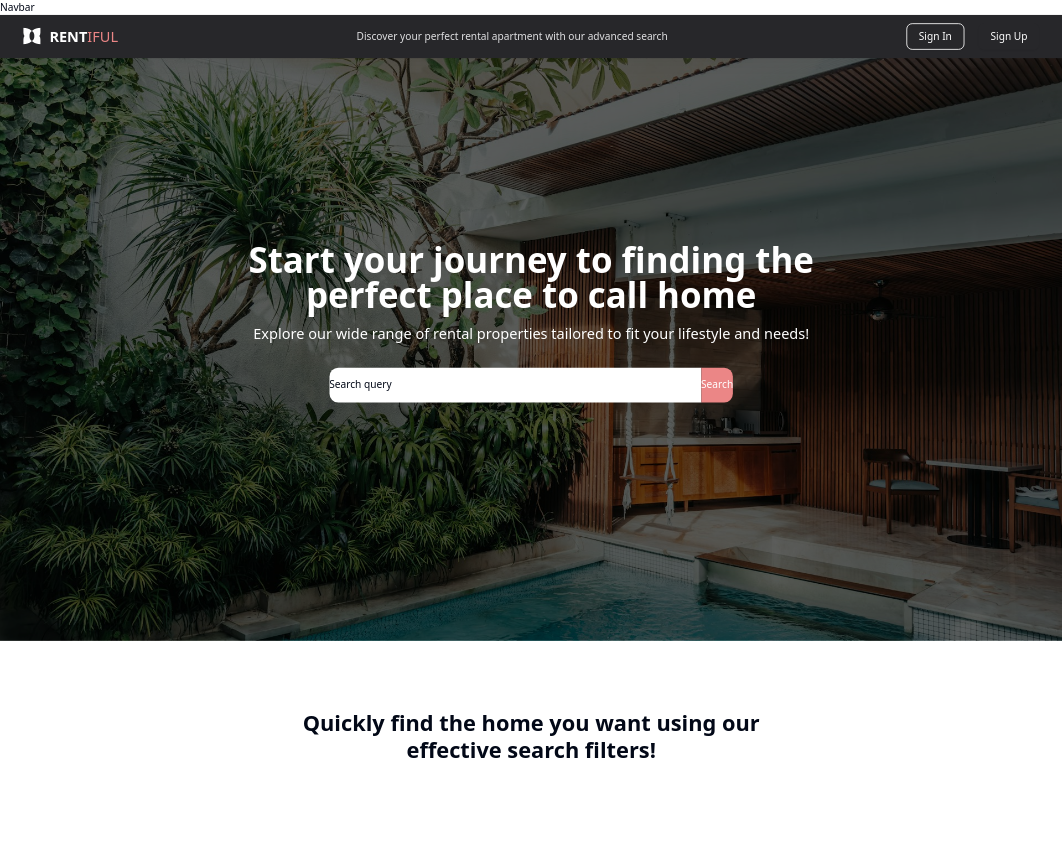
Repository: richiectr360/real-estate-prod
Page: /landing (app in client/)
An editor plug-in stored every save of this project. The page is shown before and after the next save, followed by the edit.
The browser window is 1280 px wide. The pictures show the whole page, at 83% of full size.
The page's requests for data from a server got no answer. The project was rebuilt for these pictures with package versions that can differ from the ones it lists, and the page was loaded fresh each time. The framework's server and built-in components were replaced by stand-ins that run in the browser. No one was signed in, and anything a server would have sent is missing. Also part of the build but not shown: client/next.config.ts.

Above is the page before, as saved 2025-05-21 21:52:53.

### client/src/app/layout.tsx
import type { Metadata } from "next";
import { Geist, Geist_Mono } from "next/font/google";
import "./globals.css";
import Providers from "./providers";
import { Toaster } from "@/components/ui/sonner";

const geistSans = Geist({
  variable: "--font-geist-sans",
  subsets: ["latin"],
});

const geistMono = Geist_Mono({
  variable: "--font-geist-mono",
  subsets: ["latin"],
});

export const metadata: Metadata = {
  title: "Create Next App",
  description: "Generated by create next app",
};

export default function RootLayout({
  children,
}: Readonly<{
  children: React.ReactNode;
}>) {
  return (
    <html lang="en">
      <body
        className={`${geistSans.variable} ${geistMono.variable} antialiased`}
      >
        <Providers>{children}</Providers>
      </body>
    </html>
  );
}

### client/src/app/(nondashboard)/layout.tsx
// "use client";

// import Navbar from "@/components/Navbar";
// import { NAVBAR_HEIGHT } from "@/lib/constants";
// import { useGetAuthUserQuery } from "@/state/api";
// import { usePathname, useRouter } from "next/navigation";
// import React, { useEffect, useState } from "react";

// const Layout = ({ children }: { children: React.ReactNode }) => {
//   const { data: authUser, isLoading: authLoading } = useGetAuthUserQuery();
//   const router = useRouter();
//   const pathname = usePathname();
//   const [isLoading, setIsLoading] = useState(true);

//   useEffect(() => {
//     if (authUser) {
//       const userRole = authUser.userRole?.toLowerCase();
//       if (
//         (userRole === "manager" && pathname.startsWith("/search")) ||
//         (userRole === "manager" && pathname === "/")
//       ) {
//         router.push("/managers/properties", { scroll: false });
//       } else {
//         setIsLoading(false);
//       }
//     }
//   }, [authUser, router, pathname]);

//   if (authLoading || isLoading) return <>Loading...</>;

//   return (
//     <div className="h-full w-full">
//       <Navbar />
//       <main
//         className={`h-full flex w-full flex-col`}
//         style={{ paddingTop: `${NAVBAR_HEIGHT}px` }}
//       >
//         {children}
//       </main>
//     </div>
//   );
// };

// export default Layout;

////////////
"use client";

import Navbar from "@/components/Navbar";
import { NAVBAR_HEIGHT } from "@/lib/constants";
import React from 'react';

const Layout = ({ children }: { children: React.ReactNode }) => {
    return (
    <div className="h-full w-full">
        <Navbar />
        <main className={`h-full flex w-full flex-col`}
            style={{ paddingTop: `${NAVBAR_HEIGHT}px`}}
        >
            {children}
        </main>
    </div>
    );
}

export default Layout;

### client/src/app/(nondashboard)/landing/page.tsx
// import React from "react";
// import HeroSection from "./HeroSection";
// import FeaturesSection from "./FeaturesSection";
// import DiscoverSection from "./DiscoverSection";
// import CallToActionSection from "./CallToActionSection";
// import FooterSection from "./FooterSection";

// const Landing = () => {
//   return (
//     <div>
//       <HeroSection />
//       <FeaturesSection />
//       <DiscoverSection />
//       <CallToActionSection />
//       <FooterSection />
//     </div>
//   );
// };

// export default Landing;


import React from "react";
import HeroSection from "./HeroSection";
import FeaturesSection from "./FeaturesSection";

const Landing = () => {
  return (
    <div>
      <HeroSection />
      <FeaturesSection />
    </div>
  );
};

export default Landing;

### client/src/app/providers.tsx
// "use client";

// import StoreProvider from "@/state/redux";
// import { Authenticator } from "@aws-amplify/ui-react";
// import Auth from "./(auth)/authProvider";

// const Providers = ({ children }: { children: React.ReactNode }) => {
//   return (
//     <StoreProvider>
//       <Authenticator.Provider>
//         <Auth>{children}</Auth>
//       </Authenticator.Provider>
//     </StoreProvider>
//   );
// };

// export default Providers;

"use client";

import StoreProvider from "@/state/redux";

const Providers = ({ children }: { children: React.ReactNode }) =>  {
    return (
        <StoreProvider>
            {children}
        </StoreProvider>
    )
}


export default Providers;

### client/src/app/(nondashboard)/landing/HeroSection.tsx
// "use client";

// import Image from "next/image";
// import React, { useState } from "react";
// import { motion } from "framer-motion";
// import { Input } from "@/components/ui/input";
// import { Button } from "@/components/ui/button";
// import { useDispatch } from "react-redux";
// import { useRouter } from "next/navigation";
// import { setFilters } from "@/state";

// const HeroSection = () => {
//   const dispatch = useDispatch();
//   const [searchQuery, setSearchQuery] = useState("");
//   const router = useRouter();

//   const handleLocationSearch = async () => {
//     try {
//       const trimmedQuery = searchQuery.trim();
//       if (!trimmedQuery) return;

//       const response = await fetch(
//         `https://api.mapbox.com/geocoding/v5/mapbox.places/${encodeURIComponent(
//           trimmedQuery
//         )}.json?access_token=${
//           process.env.NEXT_PUBLIC_MAPBOX_ACCESS_TOKEN
//         }&fuzzyMatch=true`
//       );
//       const data = await response.json();
//       if (data.features && data.features.length > 0) {
//         const [lng, lat] = data.features[0].center;
//         dispatch(
//           setFilters({
//             location: trimmedQuery,
//             coordinates: [lat, lng],
//           })
//         );
//         const params = new URLSearchParams({
//           location: trimmedQuery,
//           lat: lat.toString(),
//           lng: lng,
//         });
//         router.push(`/search?${params.toString()}`);
//       }
//     } catch (error) {
//       console.error("error search location:", error);
//     }
//   };

//   return (
//     <div className="relative h-screen">
//       <Image
//         src="/landing-splash.jpg"
//         alt="Rentiful Rental Platform Hero Section"
//         fill
//         className="object-cover object-center"
//         priority
//       />
//       <div className="absolute inset-0 bg-black bg-opacity-60"></div>
//       <motion.div
//         initial={{ opacity: 0, y: 20 }}
//         animate={{ opacity: 1, y: 0 }}
//         transition={{ duration: 0.8 }}
//         className="absolute top-1/3 transform -translate-x-1/2 -translate-y-1/2 text-center w-full"
//       >
//         <div className="max-w-4xl mx-auto px-16 sm:px-12">
//           <h1 className="text-5xl font-bold text-white mb-4">
//             Start your journey to finding the perfect place to call home
//           </h1>
//           <p className="text-xl text-white mb-8">
//             Explore our wide range of rental properties tailored to fit your
//             lifestyle and needs!
//           </p>

//           <div className="flex justify-center">
//             <Input
//               type="text"
//               value={searchQuery}
//               onChange={(e) => setSearchQuery(e.target.value)}
//               placeholder="Search by city, neighborhood or address"
//               className="w-full max-w-lg rounded-none rounded-l-xl border-none bg-white h-12"
//             />
//             <Button
//               onClick={handleLocationSearch}
//               className="bg-secondary-500 text-white rounded-none rounded-r-xl border-none hover:bg-secondary-600 h-12"
//             >
//               Search
//             </Button>
//           </div>
//         </div>
//       </motion.div>
//     </div>
//   );
// };

// export default HeroSection;

import Image from 'next/image'
import React from 'react'
import { motion } from 'framer-motion'

const HeroSection = () => {
  return (
    <div className='relative h-screen'>
        <Image
        src='/landing-splash.jpg'
        alt='Rentiful Rental Platform Hero Section'
        fill
        className='object-cover object-center'
        priority
        />
        <div className='absolute inset-0 bg-black bg-opacity-60'>
            <motion.div
            initial={{ opacity: 0, y: 20 }}
            animate={{ opacity: 1, y: 0 }}
            transition={{ duration: 0.8 }}
            className='absolute top-1/3 transform -translate-x-1/2 -translate-y-1/2 text-center w-full'
            >
                <div className='max-w-4xl mx-auto px-16 sm:px-12'>
                    <h1 className='text-5xl font-bold text-white mb-4'>
                        Start your journey to finding the perfect place to call home
                    </h1>
                    <p className='text-xl text-white mb-8'>
                        Explore our wide range of rental properties tailored to fit your lifestyle and needs!
                    </p>
                    <div className='flex justify-center'>
                        <input
                        type='text'
                        value='Search query'
                        onChange={(e) => console.log(e.target.value)}
                        placeholder='Search by city, neighborhood or address'
                        className='w-full max-w-lg rounded-none rounded-l-xl border-none bg-white h-12'
                        />
                        <button
                            onClick={() => {}}
                            className='bg-secondary-500 text-white rounded-none rounded-r-xl border-none hover:bg-secondary-600 h-12'
                        >
                            Search
                        </button>
                    </div>
                </div>

            </motion.div>
        </div>
    </div>
  )
}

export default HeroSection

### client/src/app/(nondashboard)/landing/FeaturesSection.tsx
// "use client";

// import React from "react";
// import { motion } from "framer-motion";
// import Image from "next/image";
// import Link from "next/link";

// const containerVariants = {
//   hidden: { opacity: 0, y: 50 },
//   visible: {
//     opacity: 1,
//     y: 0,
//     transition: {
//       duration: 0.5,
//       staggerChildren: 0.2,
//     },
//   },
// };

// const itemVariants = {
//   hidden: { opacity: 0, y: 20 },
//   visible: { opacity: 1, y: 0 },
// };

// const FeaturesSection = () => {
//   return (
//     <motion.div
//       initial="hidden"
//       whileInView="visible"
//       viewport={{ once: true }}
//       variants={containerVariants}
//       className="py-24 px-6 sm:px-8 lg:px-12 xl:px-16 bg-white"
//     >
//       <div className="max-w-4xl xl:max-w-6xl mx-auto">
//         <motion.h2
//           variants={itemVariants}
//           className="text-3xl font-bold text-center mb-12 w-full sm:w-2/3 mx-auto"
//         >
//           Quickly find the home you want using our effective search filters!
//         </motion.h2>
//         <div className="grid grid-cols-1 md:grid-cols-3 gap-8 lg:gap-12 xl:gap-16">
//           {[0, 1, 2].map((index) => (
//             <motion.div key={index} variants={itemVariants}>
//               <FeatureCard
//                 imageSrc={`/landing-search${3 - index}.png`}
//                 title={
//                   [
//                     "Trustworthy and Verified Listings",
//                     "Browse Rental Listings with Ease",
//                     "Simplify Your Rental Search with Advanced",
//                   ][index]
//                 }
//                 description={
//                   [
//                     "Discover the best rental options with user reviews and ratings.",
//                     "Get access to user reviews and ratings for a better understanding of rental options.",
//                     "Find trustworthy and verified rental listings to ensure a hassle-free experience.",
//                   ][index]
//                 }
//                 linkText={["Explore", "Search", "Discover"][index]}
//                 linkHref={["/explore", "/search", "/discover"][index]}
//               />
//             </motion.div>
//           ))}
//         </div>
//       </div>
//     </motion.div>
//   );
// };

// const FeatureCard = ({
//   imageSrc,
//   title,
//   description,
//   linkText,
//   linkHref,
// }: {
//   imageSrc: string;
//   title: string;
//   description: string;
//   linkText: string;
//   linkHref: string;
// }) => (
//   <div className="text-center">
//     <div className="p-4 rounded-lg mb-4 flex items-center justify-center h-48">
//       <Image
//         src={imageSrc}
//         width={400}
//         height={400}
//         className="w-full h-full object-contain"
//         alt={title}
//       />
//     </div>
//     <h3 className="text-xl font-semibold mb-2">{title}</h3>
//     <p className="mb-4">{description}</p>
//     <Link
//       href={linkHref}
//       className="inline-block border border-gray-300 rounded px-4 py-2 hover:bg-gray-100"
//       scroll={false}
//     >
//       {linkText}
//     </Link>
//   </div>
// );

// export default FeaturesSection;

"use client";

import { motion } from 'framer-motion';
import Image from 'next/image';
import React from 'react'

const containerVariants = {
    hidden: { opacity: 0, y: 50 },
    visible: {
        opacity: 1,
        y: 0,
        transition: {
            duration: 0.5,
            staggerChildren: 0.2,
        },
    }
}

const itemVariants = {
    hidden: { opacity: 0, y: 20 },
    visible: { opacity: 1, y: 0 }
}


const FeaturesSection = () => {
  return (
    <motion.div
        initial="hidden"
        whileInView="visible"
        viewport={{ once: true }}
        variants={containerVariants}
        className="py-24 px-6 sm:px-8 lg:px-12 xl:px-16 bg-white"
    >
        <div className="max-w-4xl xl:max-w-6xl mx-auto">
            <motion.h2
                variants={itemVariants}
                className="text-3xl font-bold text-center mb-12 w-full sm:w-2/3 mx-auto"
            >
                Quickly find the home you want using our effective search filters!
            </motion.h2>
            <div className='grid grid-cols-1 md:grid-cols-3 gap-8 lg:gap-12 xl:gap-16'>
                {[0, 1, 2].map((index) => (
                    <motion.div key={index} variants={{itemVariants}}>

                    </motion.div>
                ))}
            </div>
        </div>
    </motion.div>
  )
};

const FeatureCard = ({
    imageSrc,
    title,
    description,
    linkText,
    linkHref,
}: {
    imageSrc: string;
    title: string;
    description: string;
    linkText: string;
    linkHref: string;
}) => (
    <div className='text-center'>
        <div className='p-4 rounded-lg mb-4 flex items-center justify-center h-48'>
            <Image
                src={imageSrc}
                width={400}
                height={400}
                className='w-full h-full object-contain'
                alt={title}
            />
        </div>
        <h3 className='text-xl font-semibold mb-2'>{title}</h3>
        <p className='mb-4'>{description}</p>
    </div>
)

export default FeaturesSection;

### client/src/state/redux.tsx
"use client";

import { useRef } from "react";
import { TypedUseSelectorHook, useDispatch, useSelector } from "react-redux";
import { combineReducers, configureStore } from "@reduxjs/toolkit";
import { Provider } from "react-redux";
import { setupListeners } from "@reduxjs/toolkit/query";
import globalReducer from "@/state";
import { api } from "@/state/api";

/* REDUX STORE */
const rootReducer = combineReducers({
  global: globalReducer,
  [api.reducerPath]: api.reducer,
});

export const makeStore = () => {
  return configureStore({
    reducer: rootReducer,
    middleware: (getDefaultMiddleware) =>
      getDefaultMiddleware().concat(api.middleware),
  });
};

/* REDUX TYPES */
export type AppStore = ReturnType<typeof makeStore>;
export type RootState = ReturnType<AppStore["getState"]>;
export type AppDispatch = AppStore["dispatch"];
export const useAppDispatch = () => useDispatch<AppDispatch>();
export const useAppSelector: TypedUseSelectorHook<RootState> = useSelector;

/* PROVIDER */
export default function StoreProvider({
  children,
}: {
  children: React.ReactNode;
}) {
  const storeRef = useRef<AppStore | null>(null);
  if (!storeRef.current) {
    storeRef.current = makeStore();
    setupListeners(storeRef.current.dispatch);
  }
  return <Provider store={storeRef.current}>{children}</Provider>;
}

### client/src/components/ui/button.tsx
import * as React from "react"
import { Slot } from "@radix-ui/react-slot"
import { cva, type VariantProps } from "class-variance-authority"

import { cn } from "@/lib/utils"

const buttonVariants = cva(
  "inline-flex items-center justify-center gap-2 whitespace-nowrap rounded-md text-sm font-medium transition-colors focus-visible:outline-none focus-visible:ring-1 focus-visible:ring-ring disabled:pointer-events-none disabled:opacity-50 [&_svg]:pointer-events-none [&_svg]:size-4 [&_svg]:shrink-0",
  {
    variants: {
      variant: {
        default:
          "bg-primary text-primary-foreground shadow hover:bg-primary/90",
        destructive:
          "bg-destructive text-destructive-foreground shadow-sm hover:bg-destructive/90",
        outline:
          "border border-input bg-background shadow-sm hover:bg-accent hover:text-accent-foreground",
        secondary:
          "bg-secondary text-secondary-foreground shadow-sm hover:bg-secondary/80",
        ghost: "hover:bg-accent hover:text-accent-foreground",
        link: "text-primary underline-offset-4 hover:underline",
      },
      size: {
        default: "h-9 px-4 py-2",
        sm: "h-8 rounded-md px-3 text-xs",
        lg: "h-10 rounded-md px-8",
        icon: "h-9 w-9",
      },
    },
    defaultVariants: {
      variant: "default",
      size: "default",
    },
  }
)

export interface ButtonProps
  extends React.ButtonHTMLAttributes<HTMLButtonElement>,
    VariantProps<typeof buttonVariants> {
  asChild?: boolean
}

const Button = React.forwardRef<HTMLButtonElement, ButtonProps>(
  ({ className, variant, size, asChild = false, ...props }, ref) => {
    const Comp = asChild ? Slot : "button"
    return (
      <Comp
        className={cn(buttonVariants({ variant, size, className }))}
        ref={ref}
        {...props}
      />
    )
  }
)
Button.displayName = "Button"

export { Button, buttonVariants }

Loaded but not shown: client/src/app/globals.css (common file); client/src/lib/constants.ts (common file); client/src/state/index.ts (common file); client/src/lib/utils.ts (common file); client/tailwind.config.ts (common file); client/src/state/api.ts (376 lines, source omitted); client/src/components/Navbar.tsx (247 lines, source omitted)

After the next save:
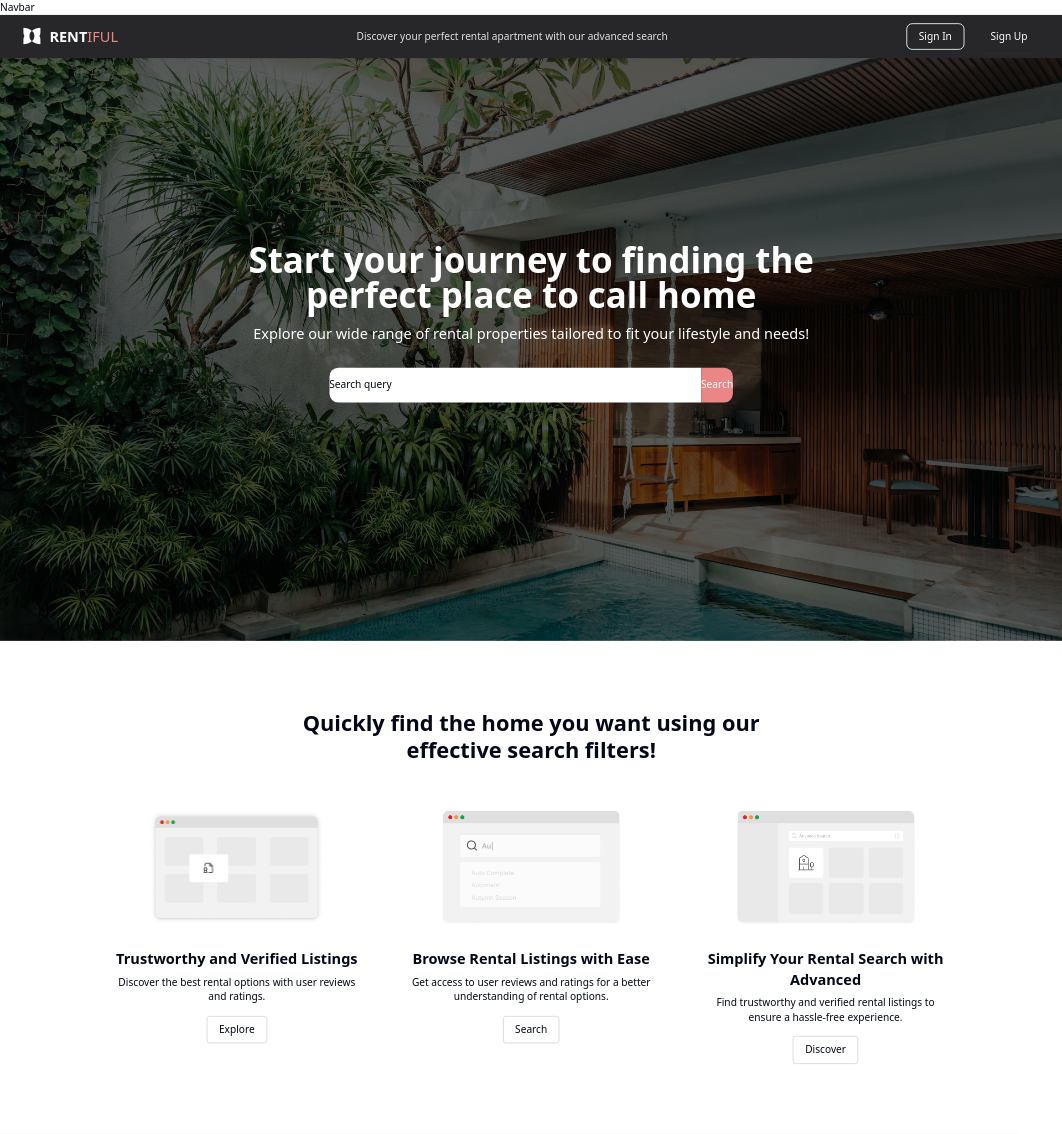
Saved 3 min 35 s later.
--- a/client/src/app/(nondashboard)/landing/FeaturesSection.tsx
+++ b/client/src/app/(nondashboard)/landing/FeaturesSection.tsx
@@ -105,84 +105,112 @@
 
 // export default FeaturesSection;
 
+
+///////////////
+
 "use client";
 
-import { motion } from 'framer-motion';
-import Image from 'next/image';
-import React from 'react'
+import React from "react";
+import { motion } from "framer-motion";
+import Image from "next/image";
+import Link from "next/link";
 
 const containerVariants = {
-    hidden: { opacity: 0, y: 50 },
-    visible: {
-        opacity: 1,
-        y: 0,
-        transition: {
-            duration: 0.5,
-            staggerChildren: 0.2,
-        },
-    }
-}
+  hidden: { opacity: 0, y: 50 },
+  visible: {
+    opacity: 1,
+    y: 0,
+    transition: {
+      duration: 0.5,
+      staggerChildren: 0.2,
+    },
+  },
+};
 
 const itemVariants = {
-    hidden: { opacity: 0, y: 20 },
-    visible: { opacity: 1, y: 0 }
-}
-
+  hidden: { opacity: 0, y: 20 },
+  visible: { opacity: 1, y: 0 },
+};
 
 const FeaturesSection = () => {
   return (
     <motion.div
-        initial="hidden"
-        whileInView="visible"
-        viewport={{ once: true }}
-        variants={containerVariants}
-        className="py-24 px-6 sm:px-8 lg:px-12 xl:px-16 bg-white"
+      initial="hidden"
+      whileInView="visible"
+      viewport={{ once: true }}
+      variants={containerVariants}
+      className="py-24 px-6 sm:px-8 lg:px-12 xl:px-16 bg-white"
     >
-        <div className="max-w-4xl xl:max-w-6xl mx-auto">
-            <motion.h2
-                variants={itemVariants}
-                className="text-3xl font-bold text-center mb-12 w-full sm:w-2/3 mx-auto"
-            >
-                Quickly find the home you want using our effective search filters!
-            </motion.h2>
-            <div className='grid grid-cols-1 md:grid-cols-3 gap-8 lg:gap-12 xl:gap-16'>
-                {[0, 1, 2].map((index) => (
-                    <motion.div key={index} variants={{itemVariants}}>
-
-                    </motion.div>
-                ))}
-            </div>
+      <div className="max-w-4xl xl:max-w-6xl mx-auto">
+        <motion.h2
+          variants={itemVariants}
+          className="text-3xl font-bold text-center mb-12 w-full sm:w-2/3 mx-auto"
+        >
+          Quickly find the home you want using our effective search filters!
+        </motion.h2>
+        <div className="grid grid-cols-1 md:grid-cols-3 gap-8 lg:gap-12 xl:gap-16">
+          {[0, 1, 2].map((index) => (
+            <motion.div key={index} variants={itemVariants}>
+              <FeatureCard
+                imageSrc={`/landing-search${3 - index}.png`}
+                title={
+                  [
+                    "Trustworthy and Verified Listings",
+                    "Browse Rental Listings with Ease",
+                    "Simplify Your Rental Search with Advanced",
+                  ][index]
+                }
+                description={
+                  [
+                    "Discover the best rental options with user reviews and ratings.",
+                    "Get access to user reviews and ratings for a better understanding of rental options.",
+                    "Find trustworthy and verified rental listings to ensure a hassle-free experience.",
+                  ][index]
+                }
+                linkText={["Explore", "Search", "Discover"][index]}
+                linkHref={["/explore", "/search", "/discover"][index]}
+              />
+            </motion.div>
+          ))}
         </div>
+      </div>
     </motion.div>
-  )
+  );
 };
 
 const FeatureCard = ({
-    imageSrc,
-    title,
-    description,
-    linkText,
-    linkHref,
+  imageSrc,
+  title,
+  description,
+  linkText,
+  linkHref,
 }: {
-    imageSrc: string;
-    title: string;
-    description: string;
-    linkText: string;
-    linkHref: string;
+  imageSrc: string;
+  title: string;
+  description: string;
+  linkText: string;
+  linkHref: string;
 }) => (
-    <div className='text-center'>
-        <div className='p-4 rounded-lg mb-4 flex items-center justify-center h-48'>
-            <Image
-                src={imageSrc}
-                width={400}
-                height={400}
-                className='w-full h-full object-contain'
-                alt={title}
-            />
-        </div>
-        <h3 className='text-xl font-semibold mb-2'>{title}</h3>
-        <p className='mb-4'>{description}</p>
+  <div className="text-center">
+    <div className="p-4 rounded-lg mb-4 flex items-center justify-center h-48">
+      <Image
+        src={imageSrc}
+        width={400}
+        height={400}
+        className="w-full h-full object-contain"
+        alt={title}
+      />
     </div>
-)
+    <h3 className="text-xl font-semibold mb-2">{title}</h3>
+    <p className="mb-4">{description}</p>
+    <Link
+      href={linkHref}
+      className="inline-block border border-gray-300 rounded px-4 py-2 hover:bg-gray-100"
+      scroll={false}
+    >
+      {linkText}
+    </Link>
+  </div>
+);
 
 export default FeaturesSection;
